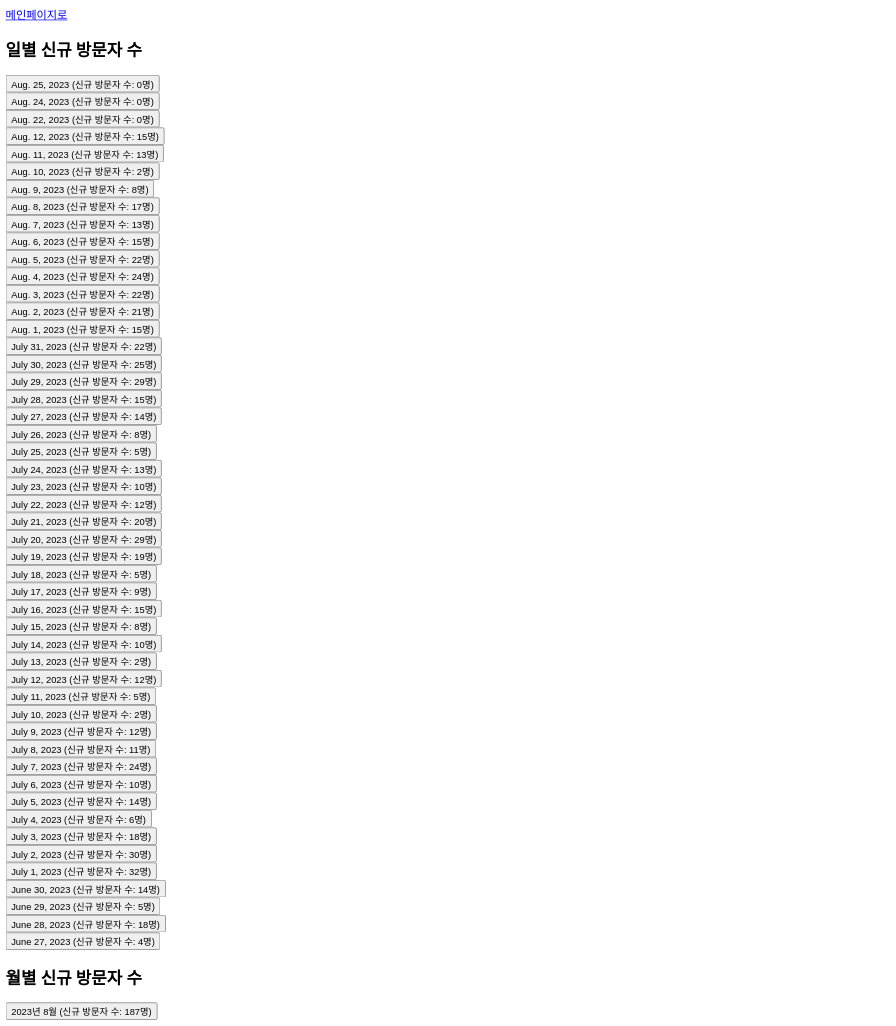
Repository: leeenzang/realmo
Page: http://localhost/newvisit/new/
The author's editor kept a copy of each file at every save. The page is drawn from the files as they stood at one save, then again after the next save.
The browser window is 1280 px wide. The pictures show the part of the page from y = 0 to 1920 px (the page is 1465 px tall before and 2967 px after), at 70% of full size.
The page is served by the project's application, run on Django 4.2 (manage.py). Other server files are loaded and not shown. The page reads the database file committed with the project.

Above is the page before, as saved 2023-08-25 13:01:31.

### newvisit/templates/newvisit/new_visitors.html
{% load static %}

{% block content %}
<a href="{% url 'home' %}" class="btn btn-primary">메인페이지로</a>

<div class="container mt-5">
    <h2>일별 신규 방문자 수</h2>
    {% for visitor in daily_visitors %}
    <button class="btn btn-link" type="button" data-toggle="collapse" data-target="#day-{{visitor.date}}" aria-expanded="true">
        {{ visitor.date }} (신규 방문자 수: {{ visitor.new_visitors_count }}명)
    </button>
    <div id="day-{{visitor.date}}" class="collapse">
        <!-- 이 부분에 해당 일의 상세 데이터를 추가할 수 있습니다. -->
    </div>
    {% endfor %}
</div>

<div class="container mt-5">
    <h2>월별 신규 방문자 수</h2>
    {% for visitor in monthly_visitors %}
    <button class="btn btn-link" type="button" data-toggle="collapse" data-target="#month-{{visitor.year}}-{{visitor.month}}" aria-expanded="true">
        {{ visitor.year }}년 {{ visitor.month }}월 (신규 방문자 수: {{ visitor.new_visitors_count }}명)
    </button>
    <div id="month-{{visitor.year}}-{{visitor.month}}" class="collapse">
        <!-- 이 부분에 해당 월의 상세한 일별 데이터를 추가할 수 있습니다. -->
    </div>
    {% endfor %}
</div>

{% endblock %}

### newvisit/models.py
from django.db import models

class DailyNewVisitors(models.Model):
    date = models.DateField(unique=True)
    new_visitors_count = models.PositiveIntegerField()

class MonthlyNewVisitors(models.Model):
    year = models.PositiveIntegerField()
    month = models.PositiveIntegerField()
    new_visitors_count = models.PositiveIntegerField()

    class Meta:
        unique_together = ('year', 'month')

### newvisit/views.py
from django.shortcuts import render
from .models import DailyNewVisitors, MonthlyNewVisitors

def new_visitors_summary(request):
    daily_visitors = DailyNewVisitors.objects.all().order_by('-date')
    monthly_visitors = MonthlyNewVisitors.objects.all().order_by('-year', '-month')
    context = {
        'daily_visitors': daily_visitors,
        'monthly_visitors': monthly_visitors
    }
    return render(request, 'newvisit/new_visitors.html', context)

### config/urls.py
"""
URL configuration for config project.

The `urlpatterns` list routes URLs to views. For more information please see:
    https://docs.djangoproject.com/en/4.2/topics/http/urls/
Examples:
Function views
    1. Add an import:  from my_app import views
    2. Add a URL to urlpatterns:  path('', views.home, name='home')
Class-based views
    1. Add an import:  from other_app.views import Home
    2. Add a URL to urlpatterns:  path('', Home.as_view(), name='home')
Including another URLconf
    1. Import the include() function: from django.urls import include, path
    2. Add a URL to urlpatterns:  path('blog/', include('blog.urls'))
"""
from django.contrib import admin
from django.urls import path, include

urlpatterns = [
    path("admin/", admin.site.urls),
    path('mainpage/', include('mainpage.urls')),
    path('file_upload/', include('file_upload.urls')),
    path('analytics/', include('analytics.urls')),
    path('newvisit/', include('newvisit.urls')),
]

### mainpage/urls.py
from django.urls import path
from .views import home



urlpatterns = [
    path('', home, name='home'),
]

### file_upload/urls.py
from django.urls import path
from . import views

app_name = 'visit'

urlpatterns = [
    path('upload/', views.upload_csv, name='upload_csv'),
]

### analytics/urls.py
from django.urls import path
from . import views

app_name = 'analytics'

urlpatterns = [
    path('revisit_rate/', views.revisit_rate, name='revisit_rate'),
]

### newvisit/urls.py
from django.urls import path
from . import views

app_name = 'newvisit'  # <-- 이 부분 추가


urlpatterns = [
    path('new/', views.new_visitors_summary, name='new_visitors'),
]

### db.sqlite3 (the tables this page reads, as SQL)
CREATE TABLE "newvisit_dailynewvisitors" ("id" integer NOT NULL PRIMARY KEY AUTOINCREMENT, "date" date NOT NULL UNIQUE, "new_visitors_count" integer unsigned NOT NULL CHECK ("new_visitors_count" >= 0));
INSERT INTO "newvisit_dailynewvisitors" VALUES
(1, '2023-08-22', 0),
(2, '2023-08-24', 0),
(3, '2023-07-03', 18),
(4, '2023-07-02', 30),
(5, '2023-07-01', 32),
(6, '2023-06-30', 14),
(7, '2023-06-29', 5),
(8, '2023-06-28', 18),
(9, '2023-06-27', 4),
(10, '2023-07-12', 12),
(11, '2023-07-11', 5),
(12, '2023-07-10', 2),
(13, '2023-07-09', 12),
(14, '2023-07-08', 11),
(15, '2023-07-07', 24),
(16, '2023-07-06', 10),
(17, '2023-07-05', 14),
(18, '2023-07-31', 22),
(19, '2023-07-30', 25),
(20, '2023-07-29', 29),
(21, '2023-07-28', 15),
(22, '2023-08-25', 0),
(23, '2023-07-27', 14),
(24, '2023-07-26', 8),
(25, '2023-07-25', 5),
(26, '2023-07-24', 13),
(27, '2023-07-23', 10),
(28, '2023-07-22', 12),
(29, '2023-07-21', 20),
(30, '2023-07-20', 29),
(31, '2023-07-19', 19),
(32, '2023-07-18', 5),
(33, '2023-07-17', 9),
(34, '2023-07-16', 15),
(35, '2023-07-15', 8),
(36, '2023-07-14', 10),
(37, '2023-07-13', 2),
(38, '2023-07-04', 6),
(39, '2023-08-04', 24),
(40, '2023-08-03', 22),
(41, '2023-08-02', 21),
(42, '2023-08-01', 15),
(43, '2023-08-07', 13),
(44, '2023-08-06', 15),
(45, '2023-08-05', 22),
(46, '2023-08-10', 2),
(47, '2023-08-09', 8),
(48, '2023-08-08', 17),
(49, '2023-08-12', 15),
(50, '2023-08-11', 13);

CREATE TABLE "newvisit_monthlynewvisitors" ("id" integer NOT NULL PRIMARY KEY AUTOINCREMENT, "year" integer unsigned NOT NULL CHECK ("year" >= 0), "month" integer unsigned NOT NULL CHECK ("month" >= 0), "new_visitors_count" integer unsigned NOT NULL CHECK ("new_visitors_count" >= 0));
INSERT INTO "newvisit_monthlynewvisitors" VALUES
(1, 2023, 8, 187);

After the next save:
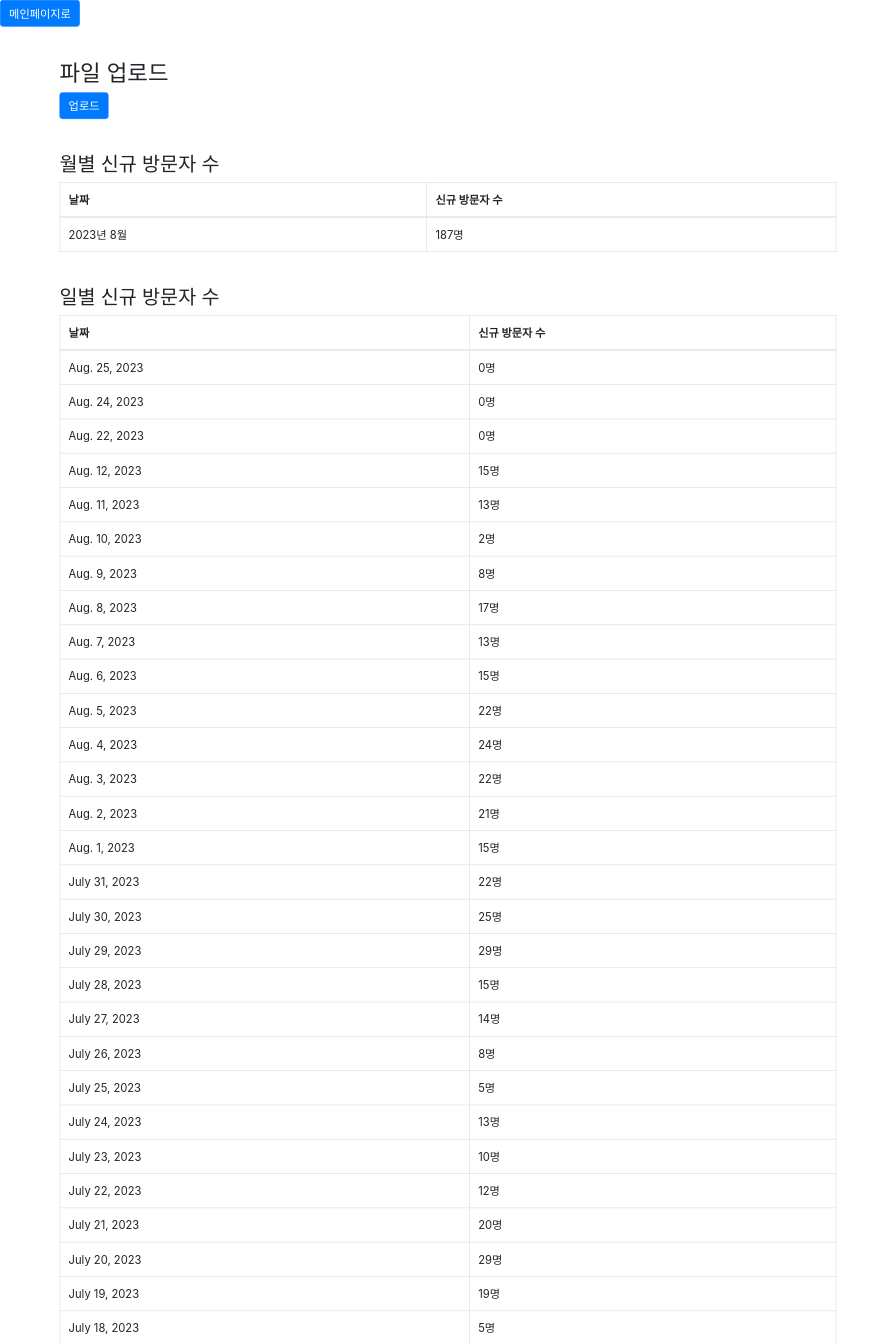
Saved 2 min 9 s later.
--- a/newvisit/templates/newvisit/new_visitors.html
+++ b/newvisit/templates/newvisit/new_visitors.html
@@ -1,30 +1,76 @@
-{% load static %}
-
-{% block content %}
+<!DOCTYPE html>
+<html lang="ko">
+<head>
+    <meta charset="UTF-8">
+    <meta name="viewport" content="width=device-width, initial-scale=1.0">
+    <title>파일 업로드 및 방문자 수</title>
+    <link rel="stylesheet" href="https://maxcdn.bootstrapcdn.com/bootstrap/4.5.2/css/bootstrap.min.css">
+    <script src="https://code.jquery.com/jquery-3.5.1.slim.min.js"></script>
+    <script src="https://cdn.jsdelivr.net/npm/@popperjs/core@2.9.3/dist/umd/popper.min.js"></script>
+    <script src="https://maxcdn.bootstrapcdn.com/bootstrap/4.5.2/js/bootstrap.min.js"></script>
+</head>
+<body>
 <a href="{% url 'home' %}" class="btn btn-primary">메인페이지로</a>
 
 <div class="container mt-5">
-    <h2>일별 신규 방문자 수</h2>
-    {% for visitor in daily_visitors %}
-    <button class="btn btn-link" type="button" data-toggle="collapse" data-target="#day-{{visitor.date}}" aria-expanded="true">
-        {{ visitor.date }} (신규 방문자 수: {{ visitor.new_visitors_count }}명)
-    </button>
-    <div id="day-{{visitor.date}}" class="collapse">
-        <!-- 이 부분에 해당 일의 상세 데이터를 추가할 수 있습니다. -->
-    </div>
-    {% endfor %}
+    <h2>파일 업로드</h2>
+    <form action="{% url 'visit:upload_csv' %}" method="post" enctype="multipart/form-data">
+        {% csrf_token %}
+        {{ form.as_p }}
+        <button type="submit" class="btn btn-primary">업로드</button>
+    </form>
 </div>
 
 <div class="container mt-5">
-    <h2>월별 신규 방문자 수</h2>
-    {% for visitor in monthly_visitors %}
-    <button class="btn btn-link" type="button" data-toggle="collapse" data-target="#month-{{visitor.year}}-{{visitor.month}}" aria-expanded="true">
-        {{ visitor.year }}년 {{ visitor.month }}월 (신규 방문자 수: {{ visitor.new_visitors_count }}명)
-    </button>
-    <div id="month-{{visitor.year}}-{{visitor.month}}" class="collapse">
-        <!-- 이 부분에 해당 월의 상세한 일별 데이터를 추가할 수 있습니다. -->
-    </div>
-    {% endfor %}
+    <h3>월별 신규 방문자 수</h3>
+    <table class="table table-bordered table-hover">
+        <thead>
+            <tr>
+                <th>날짜</th>
+                <th>신규 방문자 수</th>
+            </tr>
+        </thead>
+        <tbody>
+            {% for visitor in monthly_visitors %}
+            <tr>
+                <td>{{ visitor.year }}년 {{ visitor.month }}월</td>
+                <td>{{ visitor.new_visitors_count }}명</td>
+            </tr>
+            {% endfor %}
+        </tbody>
+    </table>
 </div>
 
-{% endblock %}
+<div class="container mt-5">
+    <h3>일별 신규 방문자 수</h3>
+    <table class="table table-bordered table-hover">
+        <thead>
+            <tr>
+                <th>날짜</th>
+                <th>신규 방문자 수</th>
+            </tr>
+        </thead>
+        <tbody>
+            {% for visitor in daily_visitors %}
+            <tr>
+                <td>{{ visitor.date }}</td>
+                <td>{{ visitor.new_visitors_count }}명</td>
+            </tr>
+            {% endfor %}
+        </tbody>
+    </table>
+</div>
+
+<script>
+    // 페이지가 로드될 때 실행되는 함수
+    window.onload = function() {
+        // 서버에서 전달받은 메시지가 있다면
+        var message = "{{ message }}";
+        if (message) {
+            alert(message);  // 팝업 알림으로 메시지 표시
+        }
+    }
+</script>
+
+</body>
+</html>
